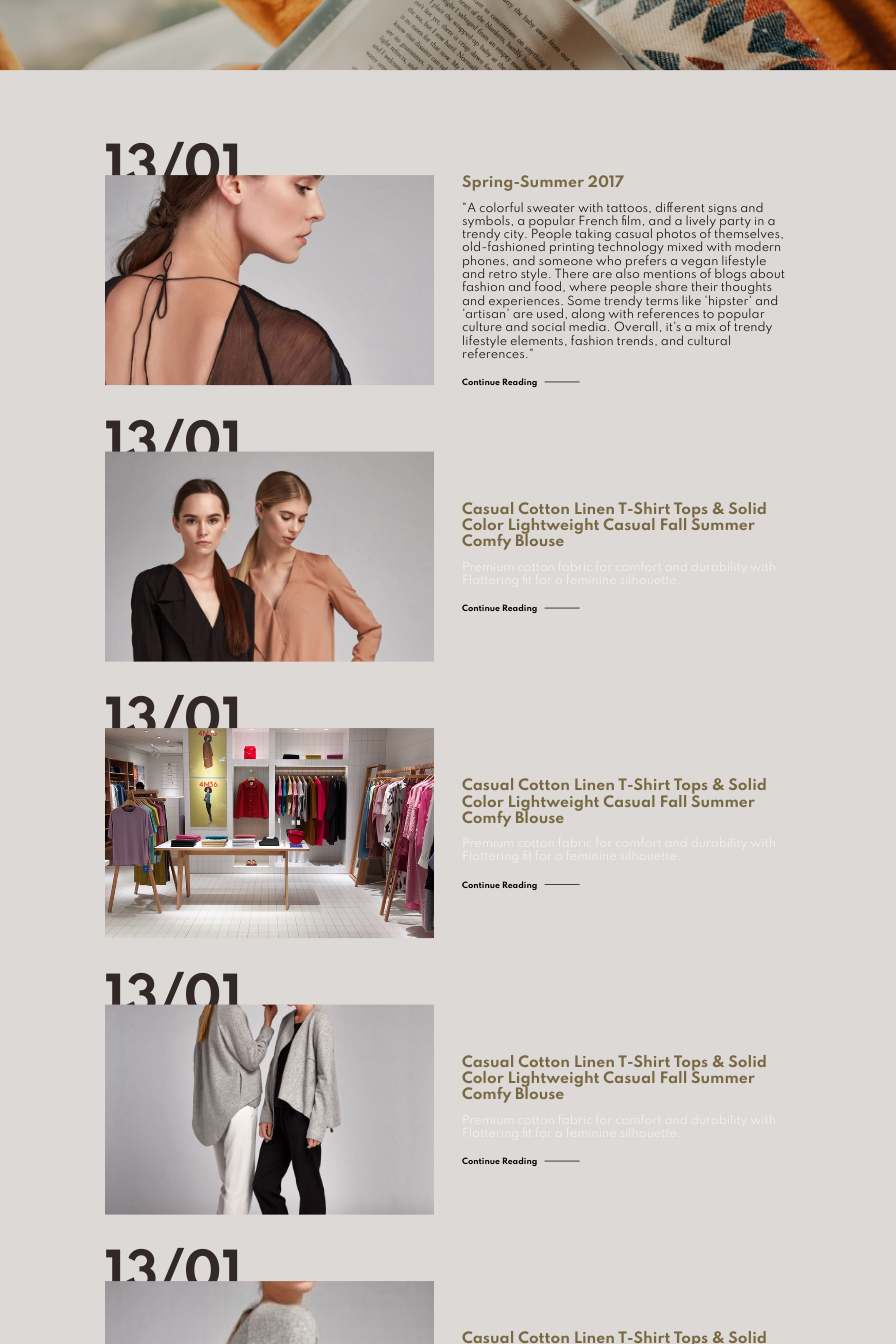
Repository: JhananiNallasamy/ECommerce-website-deployment
Page: blog.html
An editor plug-in stored every save of this project. The page is shown before and after a run of saves, followed by the edit.
The browser window is 1280 px wide. The pictures show the part of the page from y = 333 to 2253 px (the page is 3598 px tall before and 3617 px after), at 70% of full size.
Some web libraries are served in a nearby version.

Above is the page before, as saved 2024-05-05 10:46:30.

After the next 3 saves:
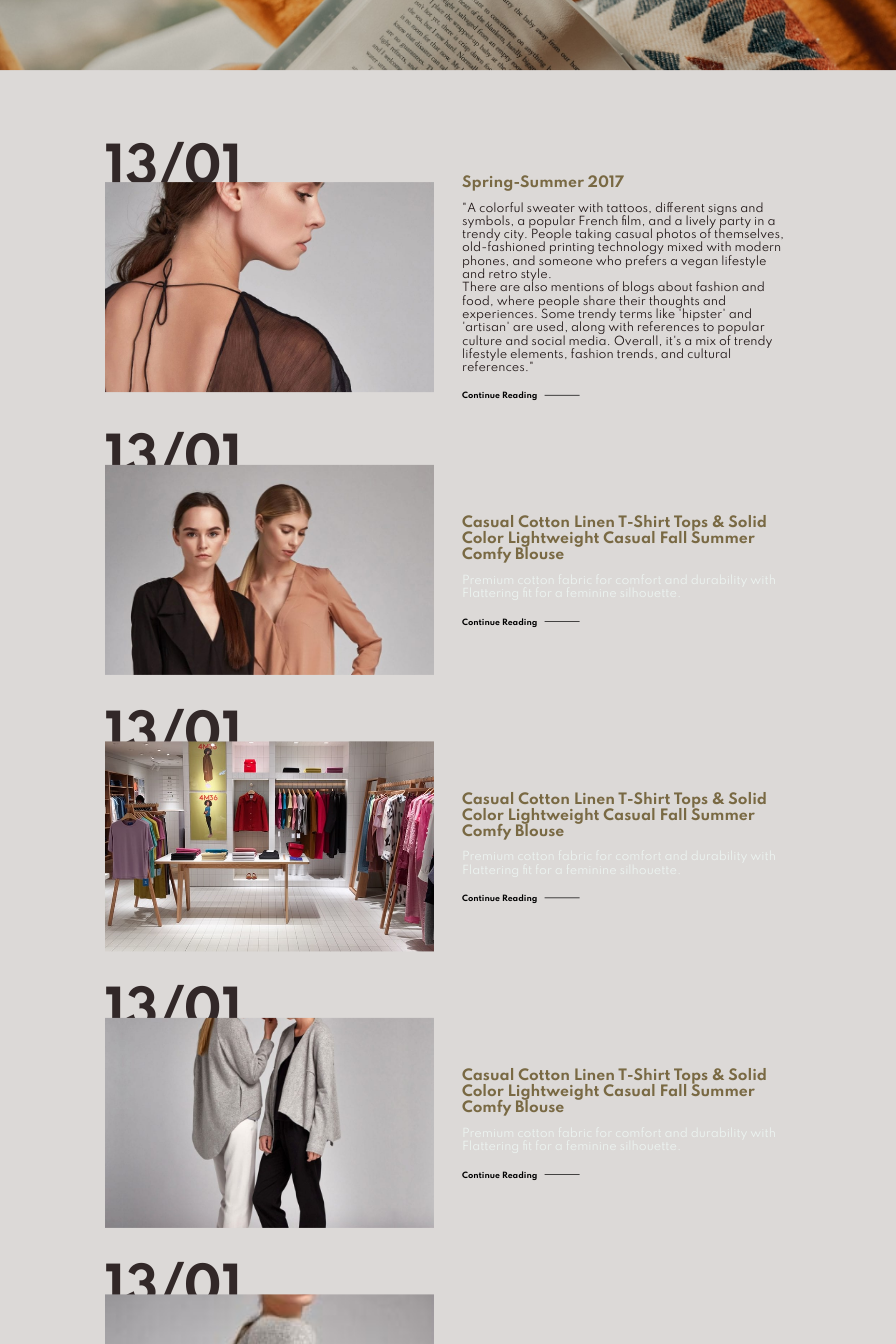
The 3 saves are shown as one change because they came seconds apart.
The last was saved 8 s later.
--- a/blog.html
+++ b/blog.html
@@ -45,7 +45,7 @@
             <div class="blog-details">
             <h4 style="color: #503a06b4;"> Spring-Summer 2017 </h4>
             <p style="color: #0e0303f1">
-                "A colorful sweater with tattoos, different signs and symbols, a popular French film, and a lively party in a trendy city. People taking casual photos of themselves, old-fashioned printing technology mixed with modern phones, and someone who prefers a vegan lifestyle and retro style.
+                "A colorful sweater with tattoos, different signs and symbols, a popular French film, and a lively party in a trendy city. People taking casual photos of themselves, old-fashioned printing technology mixed with modern phones, and someone who prefers a vegan lifestyle and retro style. <br>
                 There are also mentions of blogs about fashion and food, where people share their thoughts and experiences. Some trendy terms like 'hipster' and 'artisan' are used, along with references to popular culture and social media.
 
                 Overall, it's a mix of trendy lifestyle elements, fashion trends, and cultural references."</p>
